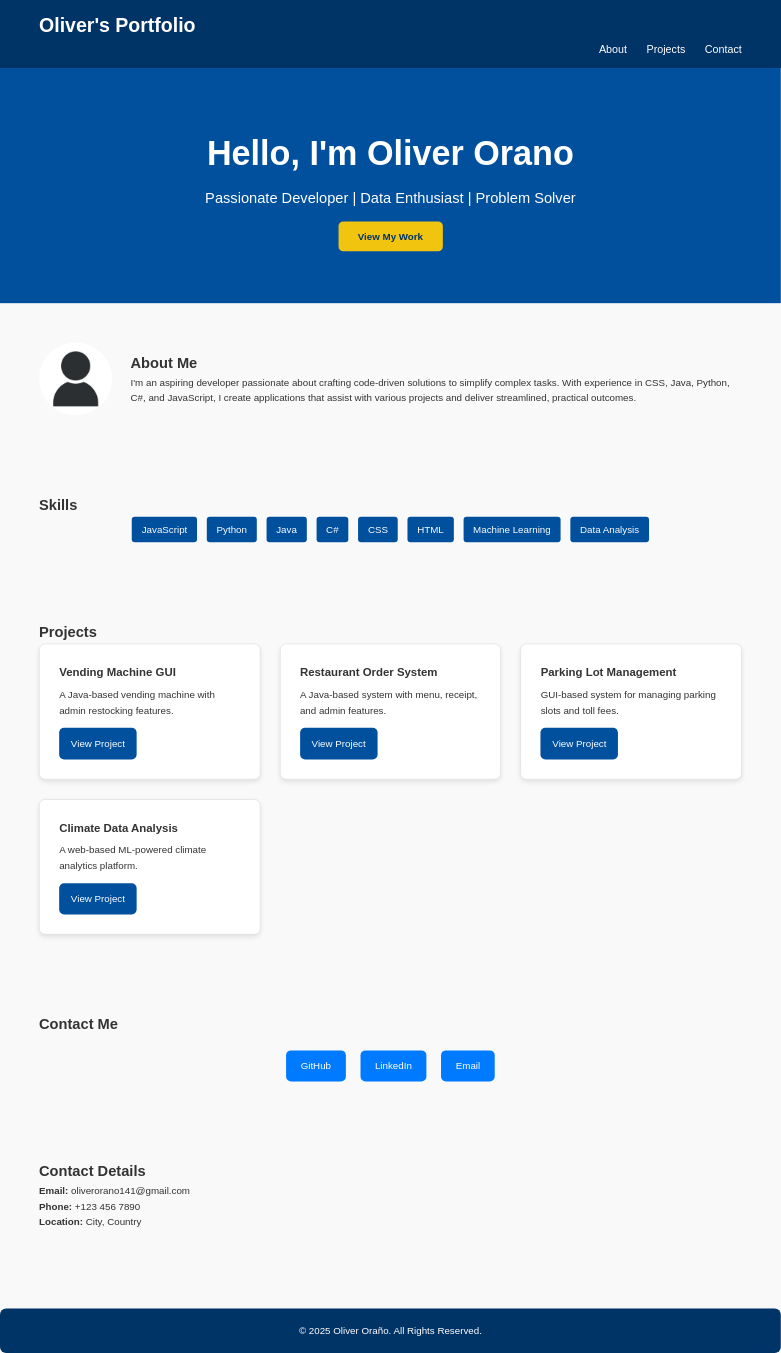
Repository: nightmar3fuel/portfolio.html
Page: my.html
An editor plug-in stored every save of this project. The page is shown before and after the next save, followed by the edit.
The browser window is 1280 px wide. The pictures show the whole page, at 61% of full size.

Above is the page before, as saved 2025-02-06 14:58:59.

### my.html
<!DOCTYPE html>
<html lang="en">

<head>
    <meta charset="UTF-8">
    <meta name="viewport" content="width=device-width, initial-scale=1.0">
    <title>Oliver's Portfolio</title>
    <link rel="stylesheet" href="styles.css">
</head>

<body>
    <header>
        <nav class="navbar">
            <div class="container">
                <h1 class="logo">Oliver's Portfolio</h1>
                <ul class="nav-links">
                    <li><a href="#about">About</a></li>
                    <li><a href="#projects">Projects</a></li>
                    <li><a href="#contact">Contact</a></li>
                </ul>
            </div>
        </nav>
    </header>

    <main>
        <section id="hero">
            <div class="hero-container">
                <h2>Hello, I'm Oliver Orano</h2>
                <p>Passionate Developer | Data Enthusiast | Problem Solver</p>
                <a href="#projects" class="cta-button">View My Work</a>
            </div>
        </section>

        <section id="about">
            <div class="container about-container">
                <img src="human.jpg" alt="Profile Picture" class="profile-pic">
                <div>
                    <h2>About Me</h2>
                    <p>I'm an aspiring developer passionate about crafting code-driven solutions to simplify complex tasks. With experience in CSS, Java, Python, C#, and JavaScript, I create applications that assist with various projects and deliver streamlined,
                        practical outcomes.</p>
                </div>
            </div>
        </section>
        <section id="skills">
            <div class="container">
                <h2>Skills</h2>
                <ul class="skills-list">
                    <li>JavaScript</li>
                    <li>Python</li>
                    <li>Java</li>
                    <li>C#</li>
                    <li>CSS</li>
                    <li>HTML</li>
                    <li>Machine Learning</li>
                    <li>Data Analysis</li>
                </ul>
            </div>
        </section>

        <section id="projects">
            <div class="container">
                <h2>Projects</h2>
                <div class="project-grid">
                    <div class="project-card">
                        <h3>Vending Machine GUI</h3>
                        <p>A Java-based vending machine with admin restocking features.</p>
                        <a href="#" target="_blank" class="project-link">View Project</a>
                    </div>
                    <div class="project-card">
                        <h3>Restaurant Order System</h3>
                        <p>A Java-based system with menu, receipt, and admin features.</p>
                        <a href="#" target="_blank" class="project-link">View Project</a>
                    </div>
                    <div class="project-card">
                        <h3>Parking Lot Management</h3>
                        <p>GUI-based system for managing parking slots and toll fees.</p>
                        <a href="#" target="_blank" class="project-link">View Project</a>
                    </div>
                    <div class="project-card">
                        <h3>Climate Data Analysis</h3>
                        <p>A web-based ML-powered climate analytics platform.</p>
                        <a href="#" target="_blank" class="project-link">View Project</a>
                    </div>
                </div>
            </div>
        </section>

        <section id="contact">
            <div class="container">
                <h2>Contact Me</h2>
                <div class="contact-links">
                    <a href="https://github.com/nightmar3fuel" target="_blank">GitHub</a>
                    <a href="https://linkedin.com/in/yourlinkedin" target="_blank">LinkedIn</a>
                    <a href="mailto:oliverorano141@gmail.com">Email</a>
                </div>
            </div>
        </section>
        <section id="contact-details">
            <div class="container contact-details-container">
                <h2>Contact Details</h2>
                <div class="contact-box">
                    <p><strong>Email:</strong> oliverorano141@gmail.com</p>
                    <p><strong>Phone:</strong> +123 456 7890</p>
                    <p><strong>Location:</strong> City, Country</p>
                </div>
            </div>
        </section>
    </main>

    <footer>
        <p>&copy; 2025 Oliver Oraño. All Rights Reserved.</p>
    </footer>

</body>

</html>

### styles.css
/* General Reset */

* {
    margin: 0;
    padding: 0;
    box-sizing: border-box;
}

body {
    font-family: 'Arial', sans-serif;
    background-color: #f9f9f9;
    color: #333;
    line-height: 1.6;
}


/* Navbar */

.navbar {
    background-color: #003366;
    color: white;
    padding: 1rem 0;
    position: sticky;
    top: 0;
    z-index: 1000;
}

.container {
    max-width: 1200px;
    margin: 0 auto;
    padding: 0 1.5rem;
}

.navbar .logo {
    font-size: 2rem;
    font-weight: bold;
}

.nav-links {
    list-style: none;
    display: flex;
    justify-content: flex-end;
}

.nav-links li {
    margin-left: 2rem;
}

.nav-links a {
    color: white;
    text-decoration: none;
    font-size: 1.1rem;
    transition: color 0.3s, transform 0.3s;
}

.nav-links a:hover {
    color: #f1c40f;
    transform: scale(1.05);
}


/* Hero Section */

#hero {
    background-color: #00509e;
    color: white;
    padding: 6rem 0;
    text-align: center;
}

.hero-container h2 {
    font-size: 3.5rem;
    margin-bottom: 0.5rem;
}

.hero-container p {
    font-size: 1.5rem;
    margin-bottom: 2rem;
}

.cta-button {
    background-color: #f1c40f;
    color: #003366;
    padding: 1rem 2rem;
    text-decoration: none;
    font-weight: bold;
    border-radius: 8px;
    transition: background-color 0.3s, transform 0.3s;
}

.cta-button:hover {
    background-color: #003366;
    color: white;
    transform: scale(1.05);
}


/* Section Styling */

section {
    padding: 4rem 0;
}


/* Project Section */

.project-grid {
    display: grid;
    grid-template-columns: repeat(auto-fit, minmax(300px, 1fr));
    gap: 2rem;
}

.project-card {
    background: white;
    padding: 2rem;
    border: 1px solid #ddd;
    border-radius: 10px;
    box-shadow: 0 4px 8px rgba(0, 0, 0, 0.1);
    transition: transform 0.3s, box-shadow 0.3s;
}

.project-card:hover {
    transform: translateY(-5px);
    box-shadow: 0 8px 16px rgba(0, 0, 0, 0.2);
}

.project-card h3 {
    margin-bottom: 0.5rem;
}

.project-card p {
    margin-bottom: 1rem;
}

.project-link {
    text-decoration: none;
    background-color: #00509e;
    color: white;
    padding: 0.8rem 1.2rem;
    border-radius: 8px;
    display: inline-block;
    transition: background-color 0.3s, transform 0.3s;
}

.project-link:hover {
    background-color: #003366;
    transform: scale(1.05);
}


/* Contact Section */

.contact-links {
    display: flex;
    justify-content: center;
    gap: 1.5rem;
    margin-top: 1.5rem;
}

.contact-links a {
    text-decoration: none;
    background-color: #007BFF;
    color: white;
    padding: 0.8rem 1.5rem;
    border-radius: 8px;
    transition: background-color 0.2s, transform 0.2s;
}

.contact-links a:hover {
    background-color: #0056b3;
    transform: scale(1.05);
}


/* Footer */

footer {
    background-color: #003366;
    color: white;
    text-align: center;
    padding: 1.5rem 0;
    margin-top: 4rem;
    border-radius: 10px;
}

.about-container {
    display: flex;
    align-items: center;
    gap: 30px;
}

.profile-pic {
    width: 120px;
    height: 120px;
    border-radius: 50%;
    object-fit: cover;
}

@media (max-width: 768px) {
    .about-container {
        flex-direction: column;
        text-align: center;
    }
    .profile-pic {
        width: 100px;
        height: 100px;
    }
}

.skills-list {
    list-style: none;
    display: flex;
    flex-wrap: wrap;
    gap: 1rem;
    justify-content: center;
}

.skills-list li {
    background-color: #00509e;
    color: white;
    padding: 0.5rem 1rem;
    border-radius: 5px;
    transition: background-color 0.3s;
}

.skills-list li:hover {
    background-color: #003366;
}

After the next save:
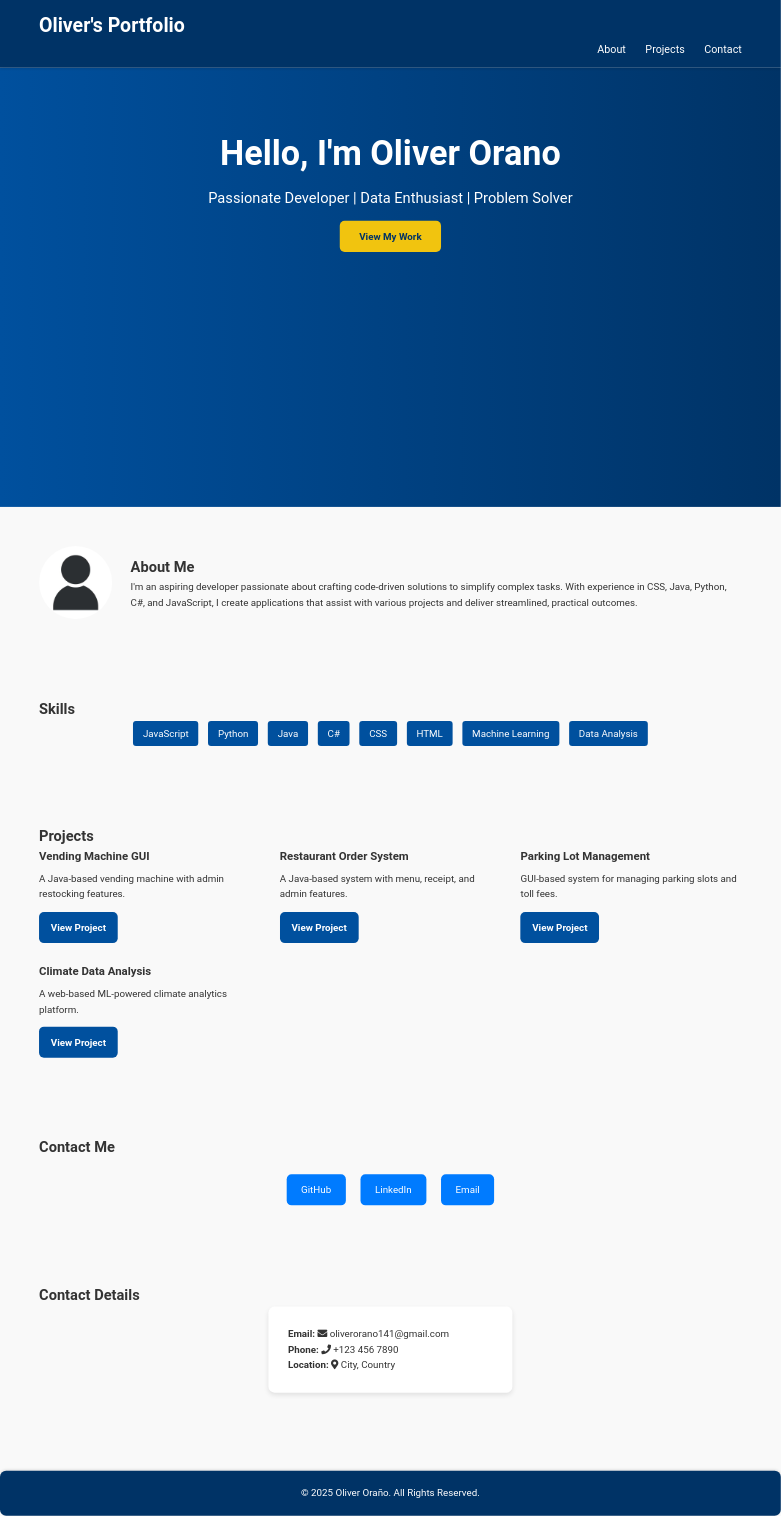
Saved 7 min 17 s later.
--- a/my.html
+++ b/my.html
@@ -6,6 +6,7 @@
     <meta name="viewport" content="width=device-width, initial-scale=1.0">
     <title>Oliver's Portfolio</title>
     <link rel="stylesheet" href="styles.css">
+    <link rel="stylesheet" href="https://cdnjs.cloudflare.com/ajax/libs/font-awesome/5.15.4/css/all.min.css">
 </head>
 
 <body>
@@ -99,9 +100,9 @@
             <div class="container contact-details-container">
                 <h2>Contact Details</h2>
                 <div class="contact-box">
-                    <p><strong>Email:</strong> oliverorano141@gmail.com</p>
-                    <p><strong>Phone:</strong> +123 456 7890</p>
-                    <p><strong>Location:</strong> City, Country</p>
+                    <p><strong>Email:</strong> <i class="fas fa-envelope"></i> oliverorano141@gmail.com</p>
+                    <p><strong>Phone:</strong> <i class="fas fa-phone"></i> +123 456 7890</p>
+                    <p><strong>Location:</strong> <i class="fas fa-map-marker-alt"></i> City, Country</p>
                 </div>
             </div>
         </section>
--- a/styles.css
+++ b/styles.css
@@ -7,10 +7,13 @@
 }
 
 body {
-    font-family: 'Arial', sans-serif;
+    font-family: 'Roboto', sans-serif;
+    /* Change to a more modern font */
     background-color: #f9f9f9;
     color: #333;
     line-height: 1.6;
+    overflow-x: hidden;
+    /* Prevent horizontal scroll */
 }
 
 
@@ -23,6 +26,8 @@ body {
     position: sticky;
     top: 0;
     z-index: 1000;
+    box-shadow: 0 2px 4px rgba(0, 0, 0, 0.1);
+    /* Add shadow */
 }
 
 .container {
@@ -62,10 +67,13 @@ body {
 /* Hero Section */
 
 #hero {
-    background-color: #00509e;
+    background: linear-gradient(to right, #00509e, #003366);
+    /* Gradient background */
     color: white;
     padding: 6rem 0;
     text-align: center;
+    min-height: 100vh;
+    /* Full viewport height */
 }
 
 .hero-container h2 {
@@ -78,7 +86,8 @@ body {
     margin-bottom: 2rem;
 }
 
-.cta-button {
+.cta-button,
+.project-link {
     background-color: #f1c40f;
     color: #003366;
     padding: 1rem 2rem;
@@ -88,7 +97,8 @@ body {
     transition: background-color 0.3s, transform 0.3s;
 }
 
-.cta-button:hover {
+.cta-button:hover,
+.project-link:hover {
     background-color: #003366;
     color: white;
     transform: scale(1.05);
@@ -111,11 +121,6 @@ section {
 }
 
 .project-card {
-    background: white;
-    padding: 2rem;
-    border: 1px solid #ddd;
-    border-radius: 10px;
-    box-shadow: 0 4px 8px rgba(0, 0, 0, 0.1);
     transition: transform 0.3s, box-shadow 0.3s;
 }
 
@@ -181,6 +186,8 @@ footer {
     padding: 1.5rem 0;
     margin-top: 4rem;
     border-radius: 10px;
+    box-shadow: 0 -2px 4px rgba(0, 0, 0, 0.1);
+    /* Add shadow */
 }
 
 .about-container {
@@ -226,3 +233,20 @@ footer {
 .skills-list li:hover {
     background-color: #003366;
 }
+
+.contact-box {
+    background-color: white;
+    padding: 2rem;
+    border-radius: 10px;
+    box-shadow: 0 4px 8px rgba(0, 0, 0, 0.1);
+    margin: 0 auto;
+    max-width: 400px;
+    /* Limit the width of the contact box */
+    transition: transform 0.3s;
+    /* Add transition */
+}
+
+.contact-box:hover {
+    transform: scale(1.02);
+    /* Slightly scale on hover */
+}
